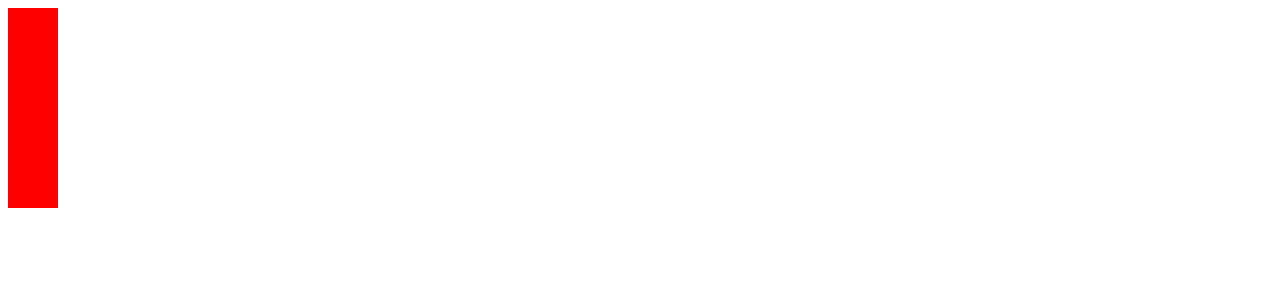
Repository: TheTroyPhillips/Personal-website
Page: index.html
The author's editor kept a copy of each file at every save. The page is drawn from the files as they stood at one save, then again after the next save.
The browser window is 1280 px wide. The pictures show the whole page.

Above is the page before, as saved 2023-09-10 22:01:02.

After the next save:
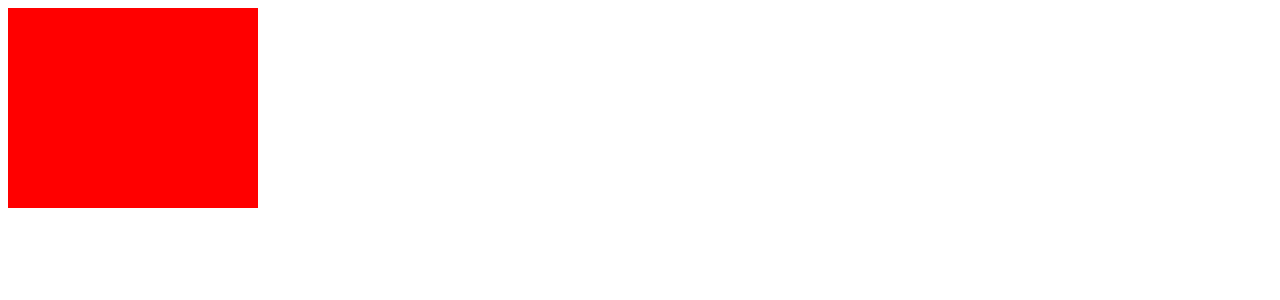
Saved 24 s later.
--- a/style.css
+++ b/style.css
@@ -1,5 +1,5 @@
 .child{
-    width: 50px;
+    width: 250px;
     height: 50px;
     border: 50px blue;
     background-color: red;
